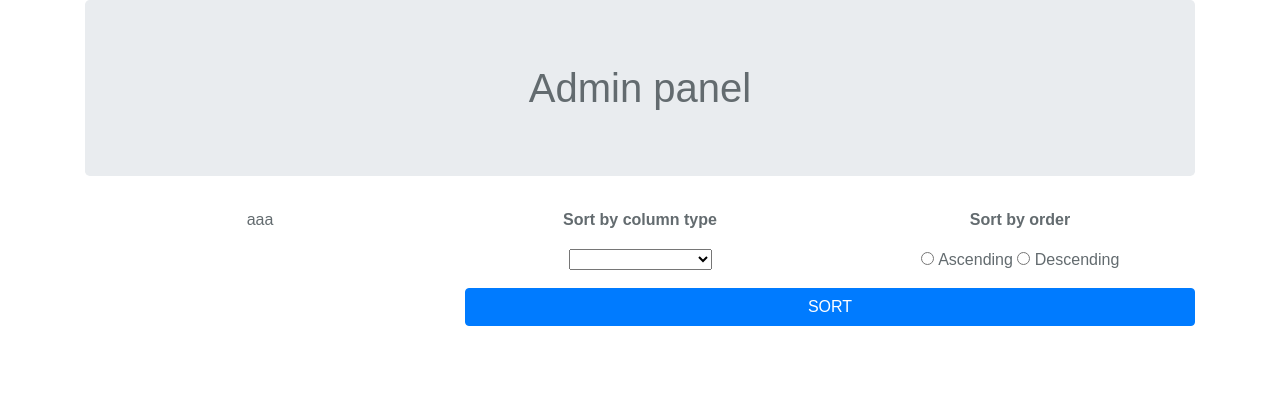
Repository: WOLVGVNG/gameclan
Page: resources/views/admin_panel.blade.php
The author's editor kept a copy of each file at every save. The page is drawn from the files as they stood at one save, then again after the next save.
The browser window is 1280 px wide. The pictures show the whole page.
The page is served by the project's Laravel application, run on PHP 8.4 with Laravel 8. The template is opened directly, without the code that normally fills it, so the values that code supplies are empty.

Above is the page before, as saved 2019-03-19 22:59:51.

After the next save:
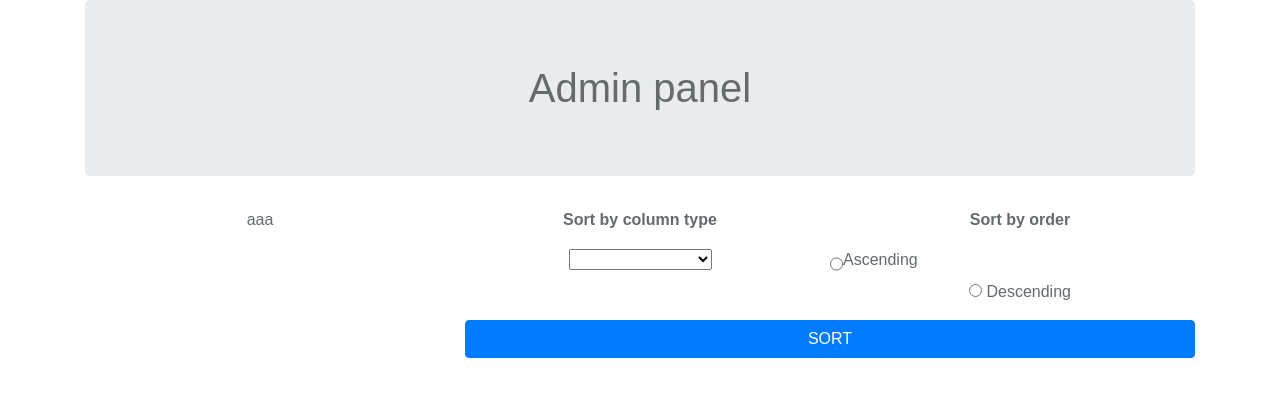
Saved 15 s later.
--- a/resources/views/admin_panel.blade.php
+++ b/resources/views/admin_panel.blade.php
@@ -36,9 +36,11 @@
                     </div>
                     <div class='col'>
                         <p class='font-weight-bold'>Sort by order</p>
-                        <input type='radio' name='sort_order' value='asc' id='asc'
-                                @if(session('sort_order') == 'asc') echo checked @endif>
-                        <label for='asc'>Ascending</label>
+                        <div class='row'>
+                            <input type='radio' name='sort_order' value='asc' id='asc'
+                                    @if(session('sort_order') == 'asc') echo checked @endif>
+                            <label for='asc'>Ascending</label>
+                        </div>
 
                         <input type='radio' name='sort_order' value='desc' id='desc'
                                 @if(session('sort_order') == 'desc') echo checked @endif>
